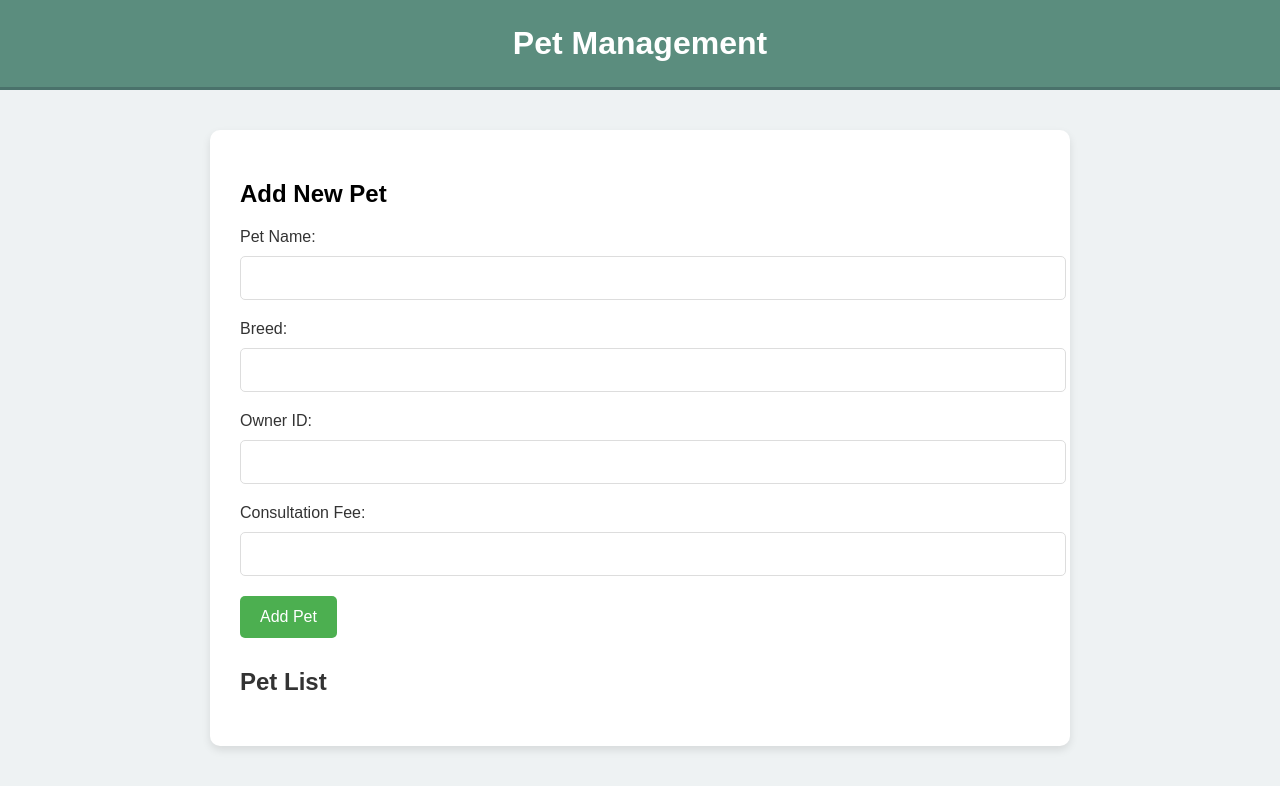
Repository: abirami1105/repoA
Page: PetClinicApplication/src/main/resources/static/pet.html
These files come from the project's save history. The page is drawn as it stood at one moment and after the next save; the edit follows.
The browser window is 1280 px wide. The pictures show the whole page.
The page's requests for data from a server got no answer.

Above is the page before, as saved 2025-01-02 18:51:28.

### PetClinicApplication/src/main/resources/static/pet.html
<!DOCTYPE html>
<html lang="en">
<head>
    <meta charset="UTF-8">
    <meta name="viewport" content="width=device-width, initial-scale=1.0">
    <title>Pet Management</title>
    <style>
        body {
            font-family: 'Arial', sans-serif;
            background-color: #eef2f3;
            margin: 0;
            padding: 0;
        }

        header {
            background-color: #5b8d7e;
            color: white;
            padding: 25px 0;
            text-align: center;
            border-bottom: 3px solid #4a726b;
        }

        header h1 {
            margin: 0;
        }

        .container {
            max-width: 800px;
            margin: 40px auto;
            padding: 30px;
            background-color: #ffffff;
            border-radius: 10px;
            box-shadow: 0 4px 8px rgba(0, 0, 0, 0.1);
        }

        .form-container {
            margin-bottom: 30px;
        }

        .form-container label {
            display: block;
            margin-bottom: 10px;
            font-size: 1rem;
            color: #333;
        }

        .form-container input {
            width: 100%;
            padding: 12px;
            font-size: 1rem;
            margin-bottom: 20px;
            border: 1px solid #ddd;
            border-radius: 5px;
        }

        .form-container button {
            background-color: #4CAF50;
            color: white;
            padding: 12px 20px;
            font-size: 1rem;
            border: none;
            border-radius: 5px;
            cursor: pointer;
            transition: background-color 0.3s ease;
        }

        .form-container button:hover {
            background-color: #45a049;
        }

        .pet-list {
            margin-top: 30px;
        }

        .pet-list h2 {
            color: #333;
        }

        .pet-list ul {
            list-style: none;
            padding: 0;
        }

        .pet-list li {
            background-color: #f9f9f9;
            padding: 10px;
            margin-bottom: 12px;
            border-radius: 5px;
            box-shadow: 0 2px 4px rgba(0, 0, 0, 0.1);
            color: #555;
        }

    </style>
</head>
<body>

<header>
    <h1>Pet Management</h1>
</header>

<div class="container">
    <div class="form-container">
        <h2>Add New Pet</h2>
        <form id="petForm">
            <label for="name">Pet Name:</label>
            <input type="text" id="name" name="name" required>

            <label for="breed">Breed:</label>
            <input type="text" id="breed" name="breed" required>

            <label for="ownerId">Owner ID:</label>
            <input type="number" id="ownerId" name="ownerId" required>

            <label for="consultationFee">Consultation Fee:</label>
            <input type="number" id="consultationFee" name="consultationFee" required>

            <button type="submit">Add Pet</button>
        </form>
    </div>

    <div class="pet-list">
        <h2>Pet List</h2>
        <ul id="petList"></ul>
    </div>
</div>

<script>
    document.getElementById("petForm").addEventListener("submit", function(event) {
        event.preventDefault();

        const petData = {
            name: document.getElementById("name").value,
            breed: document.getElementById("breed").value,
            owner: { id: document.getElementById("ownerId").value },
            consultationFee: document.getElementById("consultationFee").value
        };

        fetch("/pets", {
            method: "POST",
            headers: {
                "Content-Type": "application/json"
            },
            body: JSON.stringify(petData)
        })
        .then(response => response.json())
        .then(pet => {
            alert("Pet added successfully!");
            loadPets(); // Reload the list of pets
        });
    });

    function loadPets() {
        fetch("/pets")
            .then(response => response.json())
            .then(pets => {
                const petList = document.getElementById("petList");
                petList.innerHTML = "";
                pets.forEach(pet => {
                    const listItem = document.createElement("li");
                    listItem.textContent = `${pet.name} (${pet.breed}) - Owner ID: ${pet.owner.id} - Fee: $${pet.consultationFee}`;
                    petList.appendChild(listItem);
                });
            });
    }

    loadPets(); // Load pets when the page is first loaded
</script>

</body>
</html>

After the next save:
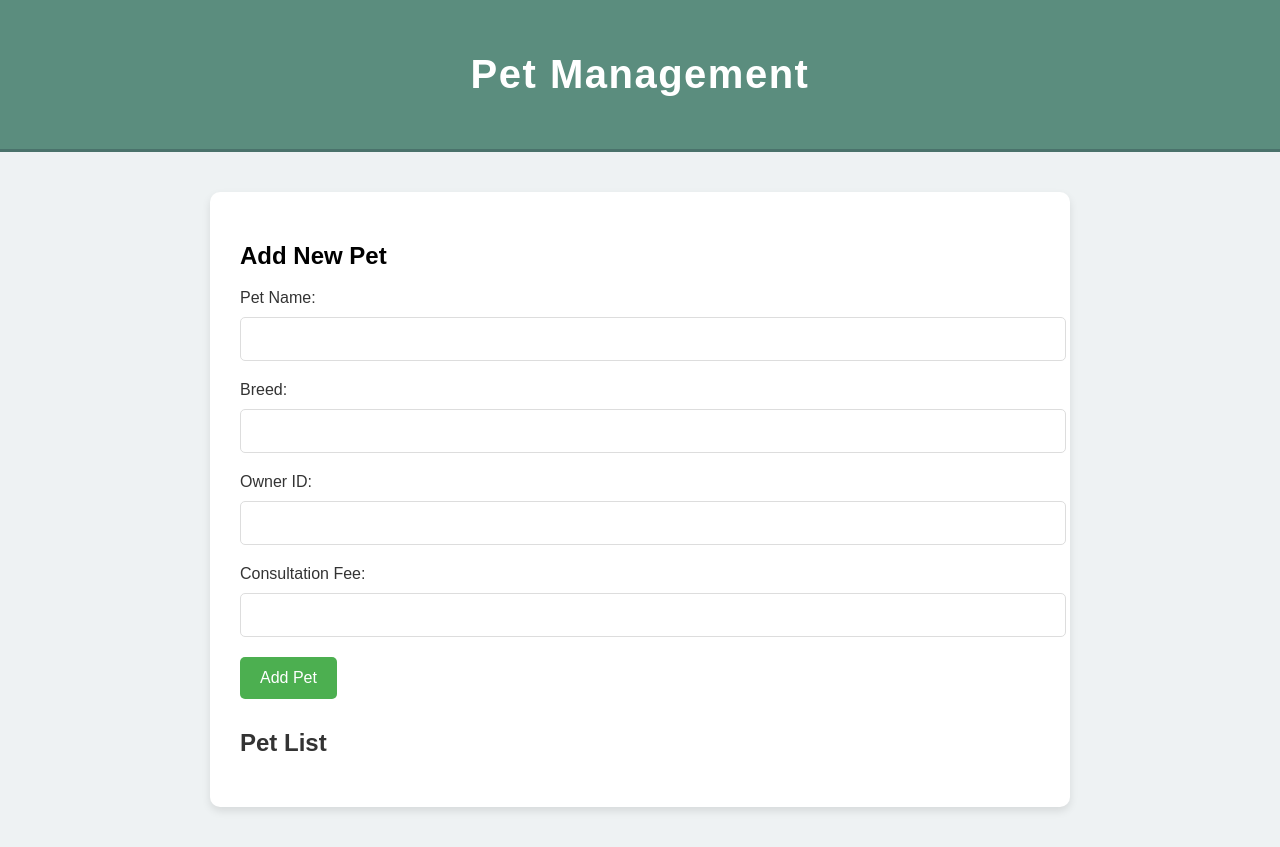
Saved 31 s later.
--- a/PetClinicApplication/src/main/resources/static/pet.html
+++ b/PetClinicApplication/src/main/resources/static/pet.html
@@ -21,7 +21,8 @@
         }
 
         header h1 {
-            margin: 0;
+            font-size: 2.5rem;
+            letter-spacing: 1.5px;
         }
 
         .container {
